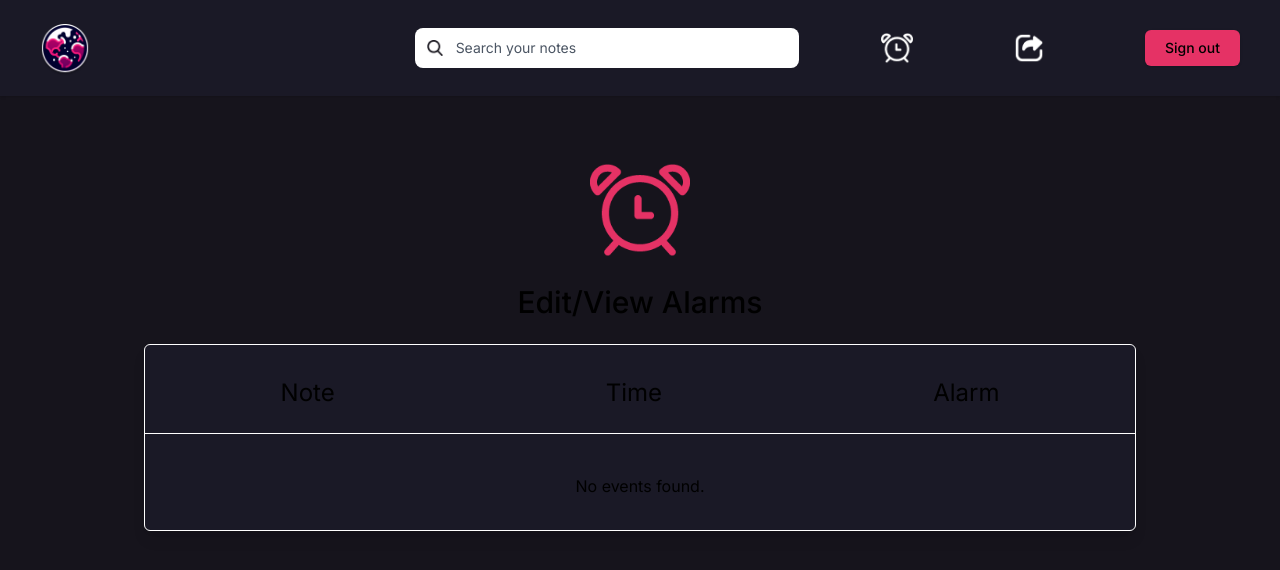
Repository: plan-it-earth/plan-it-earth
Page: /pages/alarm
The author's editor kept a copy of each file at every save. The page is drawn from the files as they stood at one save, then again after the next save.
The browser window is 1280 px wide. The pictures show the whole page.
The project was rebuilt for these pictures with package versions that can differ from the ones it lists, and the page was loaded fresh each time. The framework's server and built-in components were replaced by stand-ins that run in the browser. Also part of the build but not shown: next.config.mjs, app/lib/Hooks/dbActions.js, app/Components/AlarmRow.tsx.

Above is the page before, as saved 2024-04-18 19:41:36.

After the next save:
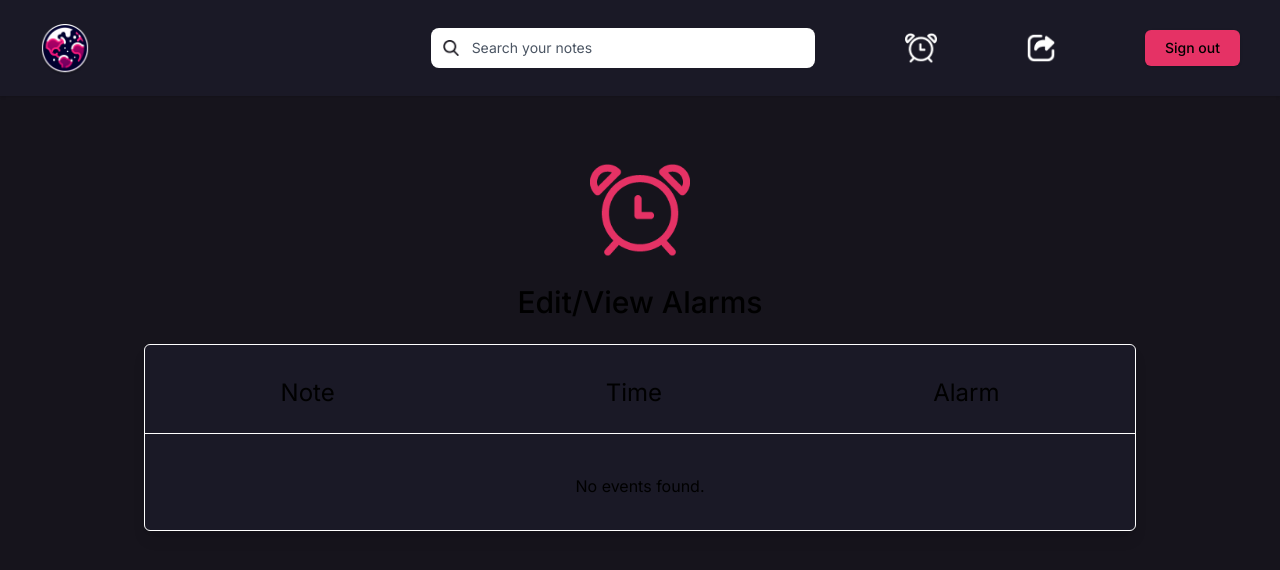
Saved 89 s later.
--- a/app/Components/Header.tsx
+++ b/app/Components/Header.tsx
@@ -44,7 +44,7 @@ export default function Header() {
             <Image onClick={routeToCalendar} src={logo} alt="Plan-It-Earth" height={50} width={50} className="h-30 w-30 mt-1 cursor-pointer hover:opacity-85 md:h-35 md:h-35"/>
             <div className="hidden w-24 lg:block"></div>
             <Search />
-            <div className="flex flex-row h-full items-center space-x-5 md:gap-20">
+            <div className="flex flex-row h-full items-center space-x-2 md:gap-20">
                 <Image onClick={routeToAlarm} src={alarm} alt="Alarm" height={35} width={35} className="h-8 w-8 cursor-pointer hover:opacity-85"/>
                 <Image onClick={routeToExportOrShare} src={share} alt="Share" height={35} width={35} className="h-8 w-8 cursor-pointer hover:opacity-85"/>
                 <button onClick={() => logOut()} className="px-3 py-2 rounded-md text-xs font-medium bg-[#E53265] outline-none border-none shadow hover:brightness-110 md:px-5 md:py-2 md:text-sm">Sign out</button>
